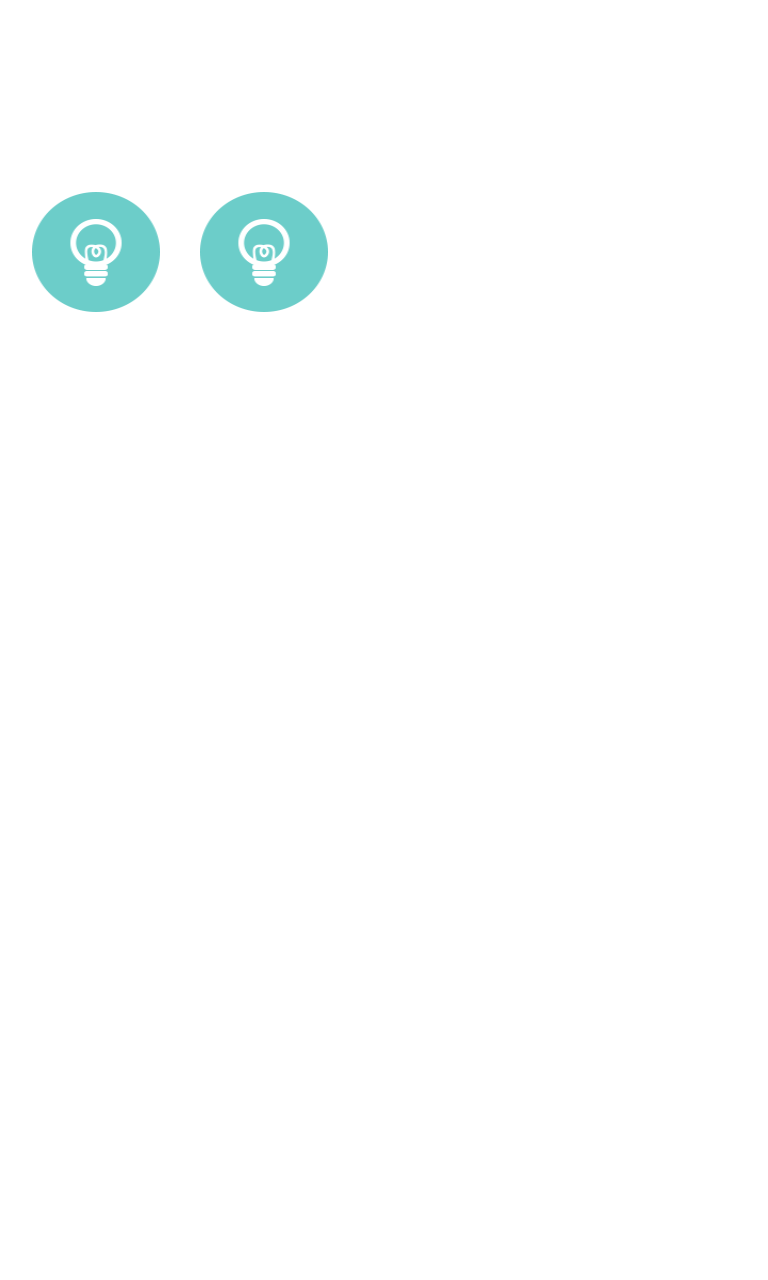
Repository: MyungSinKim/mqtt-demo
Layout: cloud2-demo/res/layout/main.xml
The author's editor kept a copy of each file at every save. The layout is drawn from the files as they stood at one save, then again after the next save.
It is drawn on a 768 x 1280 px phone screen (xhdpi) without system bars, with theme AppTheme; the app's code is not run.

Above is the layout before, as saved 2015-10-30 08:52:15.

### cloud2-demo/res/layout/main.xml
<RelativeLayout xmlns:android="http://schemas.android.com/apk/res/android"
    android:layout_width="match_parent"
    android:layout_height="match_parent"
    android:paddingBottom="@dimen/activity_vertical_margin"
    android:paddingLeft="@dimen/activity_horizontal_margin"
    android:paddingRight="@dimen/activity_horizontal_margin"
    android:paddingTop="@dimen/activity_vertical_margin"
    android:layout_gravity="center_horizontal">

   <ImageView android:id="@+id/temperture_iv"
       android:layout_width="match_parent"
       android:layout_height="100dp"
       android:background=""/>

    <Button
        android:id="@+id/imageButton1"
        android:layout_width="wrap_content"
        android:layout_height="wrap_content"
        android:layout_below="@+id/result_tv"
        android:layout_marginTop="80dp"
        android:background="@drawable/light_off"
        android:tag="off" />

    <Button
        android:id="@+id/imageButton2"
        android:layout_width="wrap_content"
        android:layout_height="wrap_content"
        android:layout_below="@+id/result_tv"
        android:layout_toRightOf="@id/imageButton1"
        android:layout_alignTop="@+id/imageButton1"
        android:layout_marginLeft="20dp"
        android:background="@drawable/light_off"
        android:tag="off" />

</RelativeLayout>

Loaded but not shown: cloud2-demo/res/values/styles.xml (common file); cloud2-demo/res/values-v11/styles.xml (common file); cloud2-demo/res/values-v14/styles.xml (common file); cloud2-demo/res/values/dimens.xml (common file)

After the next save:
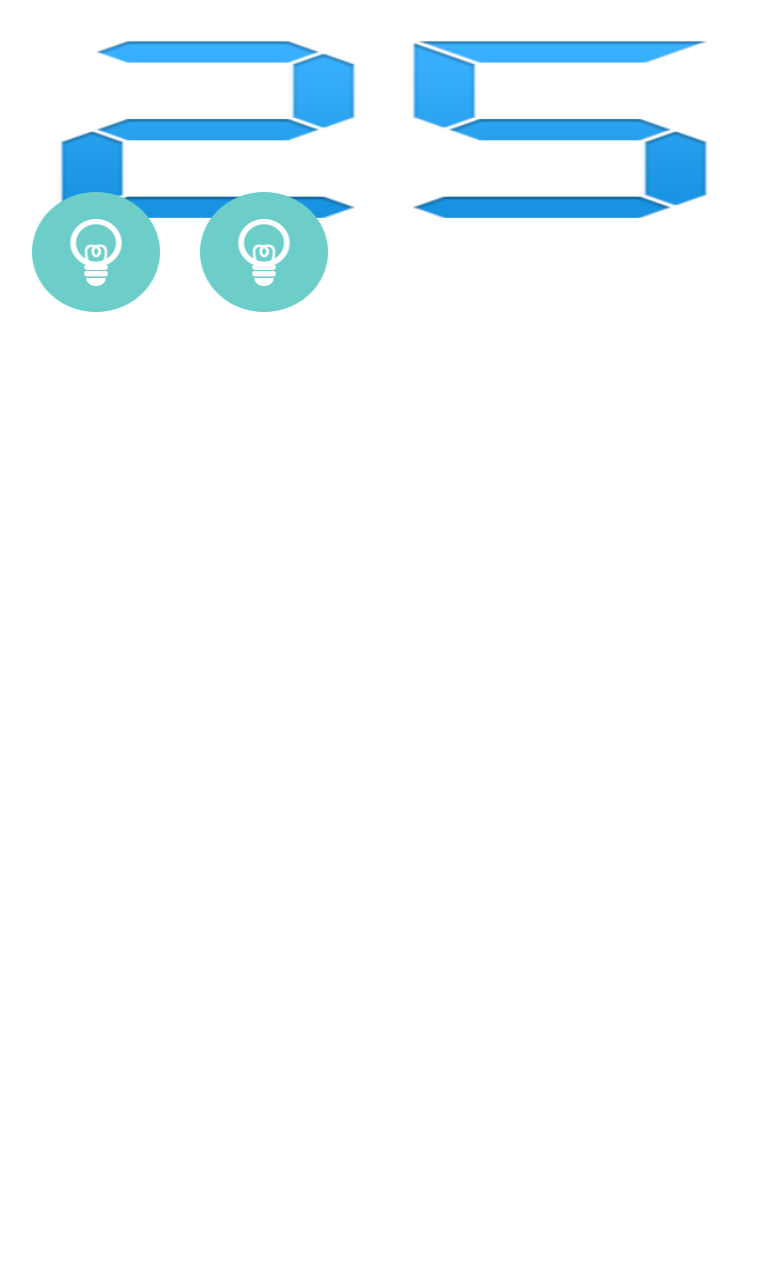
Saved 59 s later.
--- a/cloud2-demo/res/layout/main.xml
+++ b/cloud2-demo/res/layout/main.xml
@@ -10,7 +10,7 @@
    <ImageView android:id="@+id/temperture_iv"
        android:layout_width="match_parent"
        android:layout_height="100dp"
-       android:background=""/>
+       android:background="@drawable/num_25"/>
 
     <Button
         android:id="@+id/imageButton1"
